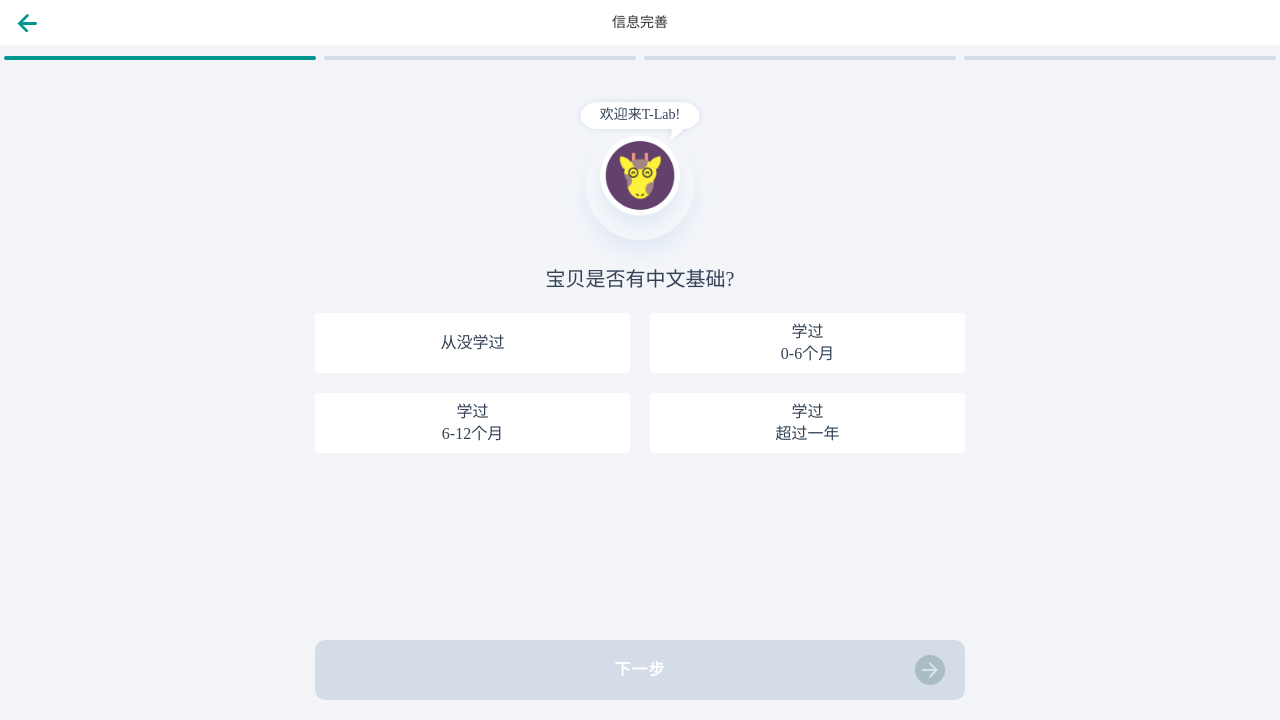
Repository: huangjf1/1
Page: /
An editor plug-in stored every save of this project. The page is shown before and after the next save, followed by the edit.
The browser window is 1280 px wide. The pictures show the whole page.
The project was rebuilt for these pictures with package versions that can differ from the ones it lists, and the page was loaded fresh each time. Also part of the build but not shown: vue.config.js.

Above is the page before, as saved 2021-08-24 12:53:42.

After the next save:
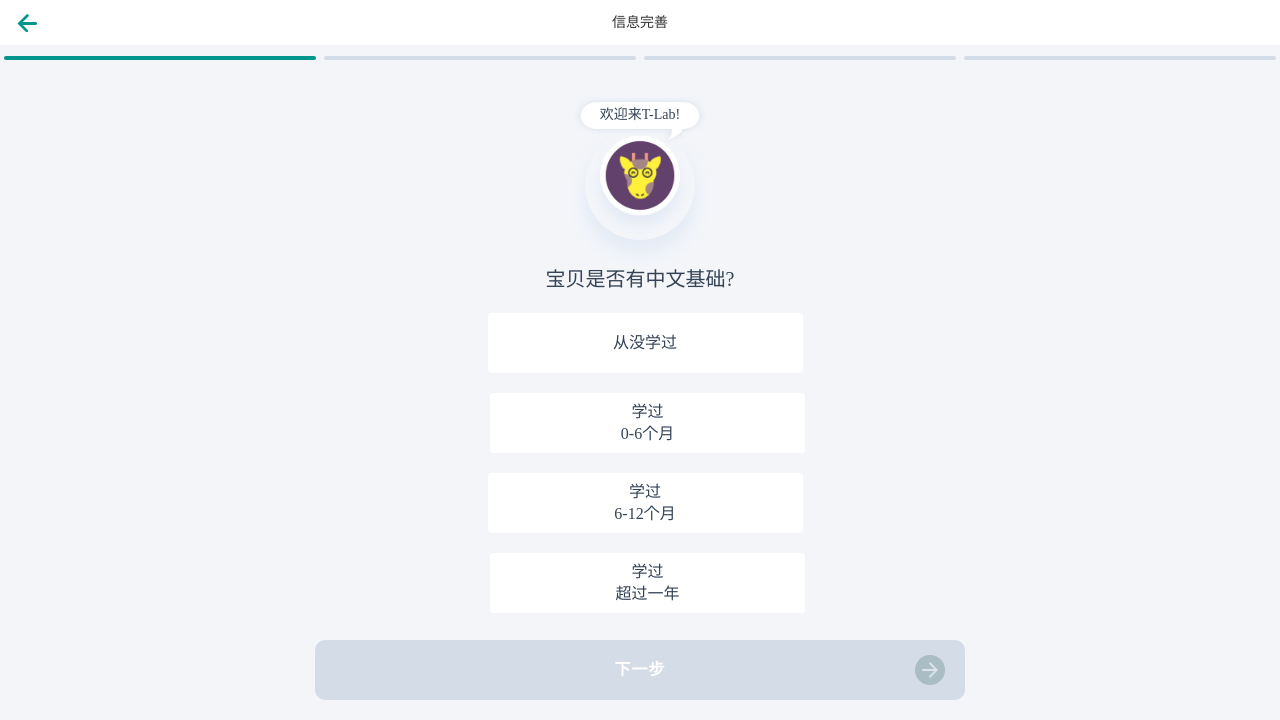
Saved 2 min 57 s later.
--- a/src/views/index.vue
+++ b/src/views/index.vue
@@ -450,6 +450,12 @@ export default {
               color: white;
             }
           }
+          .select-list:nth-of-type(odd) {
+            margin-left: 15px;
+          }
+          .select-list:nth-of-type(even) {
+            margin-left: 20px;
+          }
         }
       }
       .avatar {
